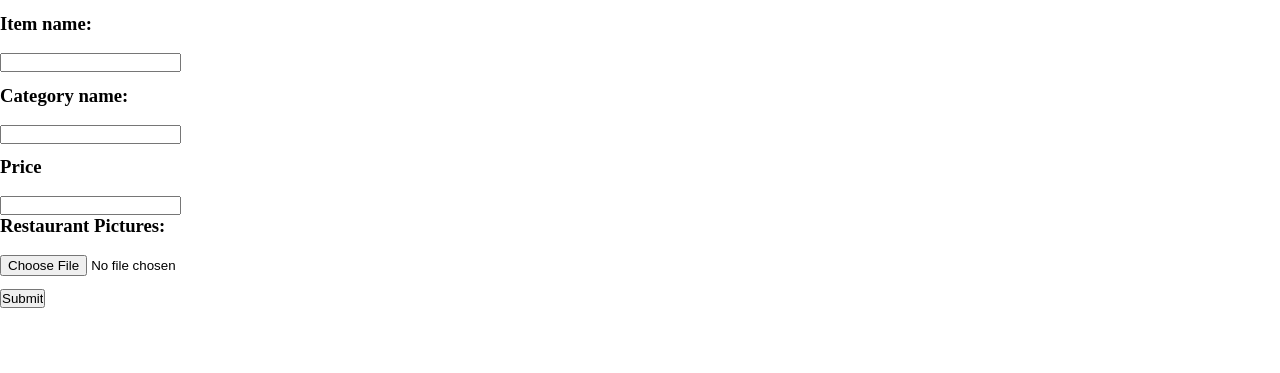
Repository: jatannoury/Ecommerce-Laravel-Electron
Page: Admin-electron/src/HTML/add_item.html
An editor plug-in stored every save of this project. The page is shown before and after a run of saves, followed by the edit.
The browser window is 1280 px wide. The pictures show the whole page.

Above is the page before, as saved 2022-06-10 22:48:50.

### Admin-electron/src/HTML/add_item.html
<!DOCTYPE html>
<html lang="en">

    <head>
        <meta charset="UTF-8">
        <link rel="stylesheet" href="../CSS/styles.css">
        <title>Admin-Add_item</title>
    </head>

    <body>
        <form action="/action_page.php">
            <h3 for="item_name" class="one" id="item_name ">Item name:</h3><br>
            <input type="text"  name="fname" ><br>
            <h3 for="Category_name" class="one" id="Category_name">Category name:</h3><br>
            <input type="text"  name="fname" ><br>
            <h3 for="price" class="one" id="price">Price</h3><br>
            <input type="text"  name="fname" ><br>
            <div >
            <h3 for="pictures">Restaurant Pictures:</h3><br>
            <input id="pictures" type="file" accept="image/*">
            </div>
            <input type="submit" class="submit" value="Submit">

        </form>
    </body>
</html>

### Admin-electron/src/CSS/styles.css
*{
    padding: 0;
    margin: 0;
    box-sizing: border-box;
}
.box-1, .box-2{
    padding:5% 5% 5% 5%;
    margin-left:0% ;
    margin-top: 20%;
    border-radius: 20px;
}

.box-1{
    margin-left: 30%;
}

.box-2{
    margin-left: 5%;
}

 .box-2:hover, .box-1:hover{
    border-color: red;
}

.one{
    margin-top: 1%;
}

.submit{
    margin-top: 1%;
    padd
}

After the next 3 saves:
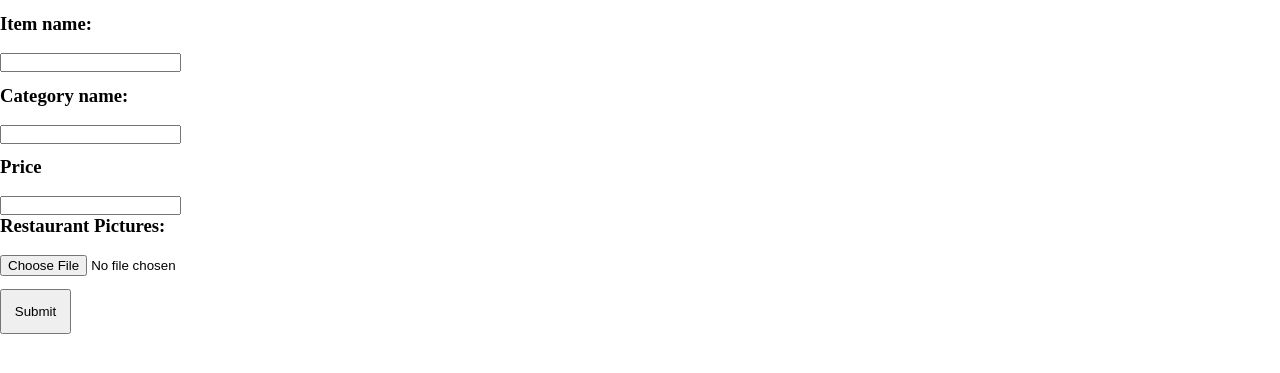
The 3 saves are shown as one change because they came seconds apart.
The last was saved 9 s later.
--- a/Admin-electron/src/CSS/styles.css
+++ b/Admin-electron/src/CSS/styles.css
@@ -28,5 +28,5 @@
 
 .submit{
     margin-top: 1%;
-    padd
+    padding: 1%;
 }
